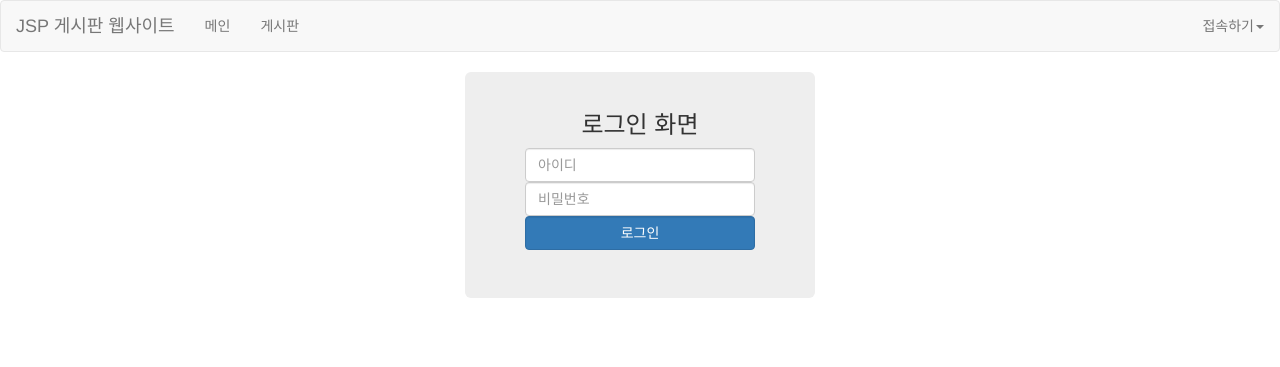
Repository: Minsu9130/JSP-
Page: http://localhost/BBS/join.jsp
These files come from the project's save history. The page is drawn as it stood at one moment and after the next save; the edit follows.
The browser window is 1280 px wide. The pictures show the whole page.
Some web libraries are served in a nearby version. The page is served by Tomcat 9. Other server files are loaded and not shown.

Above is the page before, as saved 2021-07-01 12:40:35.

### BBS/WebContent/join.jsp
<%@ page language="java" contentType="text/html; charset=UTF-8"
    pageEncoding="UTF-8"%>
<!DOCTYPE html>
<html>
<head>
<meta charset="UTF-8">
<meta name="viewport" content="width=device-width",initial-scale="1">
<link rel="stylesheet" href="css/bootstrap.css">
<title>JSP 게시판 웹 사이트</title>
</head>
<body>
	<nav class="navbar navbar-default">
		<div class="navbar-header">
			<button type="button" class="navbar-toggle collapsed" data-toggle="collapse"
				data-target="#bs-example-navbar-collapse-1" aria-expanded="false">
				<span class="icon-bar"></span>
				<span class="icon-bar"></span>
				<span class="icon-bar"></span>
			</button>
			<a class="navbar-brand" href="main.jsp">JSP 게시판 웹사이트</a>
		</div>
		<div class="collapse navbar-collapse" id="bs-example-navbar-collapse-1">
			<ul class="nav navbar-nav">
				<li><a href="main.jsp">메인</a></li>
				<li><a href="bbs.jsp">게시판</a></li>
			</ul>
			<ul class="nav navbar-nav navbar-right">
				<li class="dropdown">
					<a href="#" class="dropdown-toggle"
						data-toggle="dropdown" role="button" aria-haspopup="true"
						aria-expanded="false">접속하기<span class="caret"></span></a>
					<ul class="dropdown-menu">
						<li class="active"><a href="login.jsp">로그인</a></li>
						<li><a href="join.jsp">회원가입</a></li>
					</ul>
				</li>
			</ul>
		</div>
	</nav>
	<div class="container">
		<div class="col-lg-4"></div>
		<div class="col-lg-4">
			<div class="jumbotron" style="padding-top: 20px;">
				<form method="post" action="loginAction.jsp">
					<h3 style="text-align:center;">로그인 화면</h3>
					<div class="form=group">
						<input type="text" class="form-control" placeholder="아이디" name="userID" maxlength="20">
					</div>
					<div class="form=group">
						<input type="password" class="form-control" placeholder="비밀번호" name="userPassword" maxlength="20">
					</div>
					<input type="submit" class="btn btn-primary form-control" value="로그인">
				</form>
			</div>
		</div>
		<div class="col-lg-4"></div>
	</div>
	<script src="https://code.jquery.com/jquery-3.1.1.min.js"></script>
	<script src="js/bootstrap.js"></script>
</body>
</html>

Loaded but not shown: BBS/WebContent/css/bootstrap.css (library); BBS/WebContent/js/bootstrap.js (library)

After the next save:
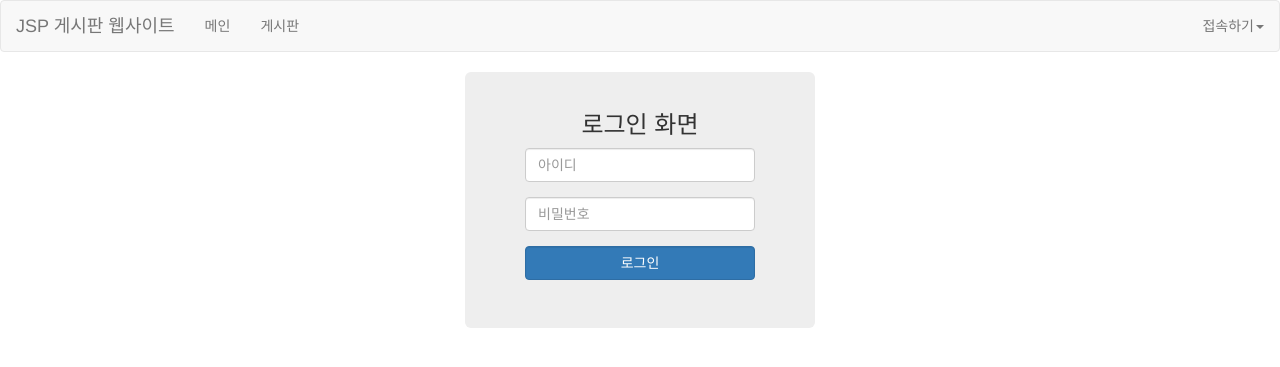
Saved 6 min 56 s later.
--- a/BBS/WebContent/join.jsp
+++ b/BBS/WebContent/join.jsp
@@ -43,10 +43,10 @@
 			<div class="jumbotron" style="padding-top: 20px;">
 				<form method="post" action="loginAction.jsp">
 					<h3 style="text-align:center;">로그인 화면</h3>
-					<div class="form=group">
+					<div class="form-group">
 						<input type="text" class="form-control" placeholder="아이디" name="userID" maxlength="20">
 					</div>
-					<div class="form=group">
+					<div class="form-group">
 						<input type="password" class="form-control" placeholder="비밀번호" name="userPassword" maxlength="20">
 					</div>
 					<input type="submit" class="btn btn-primary form-control" value="로그인">
